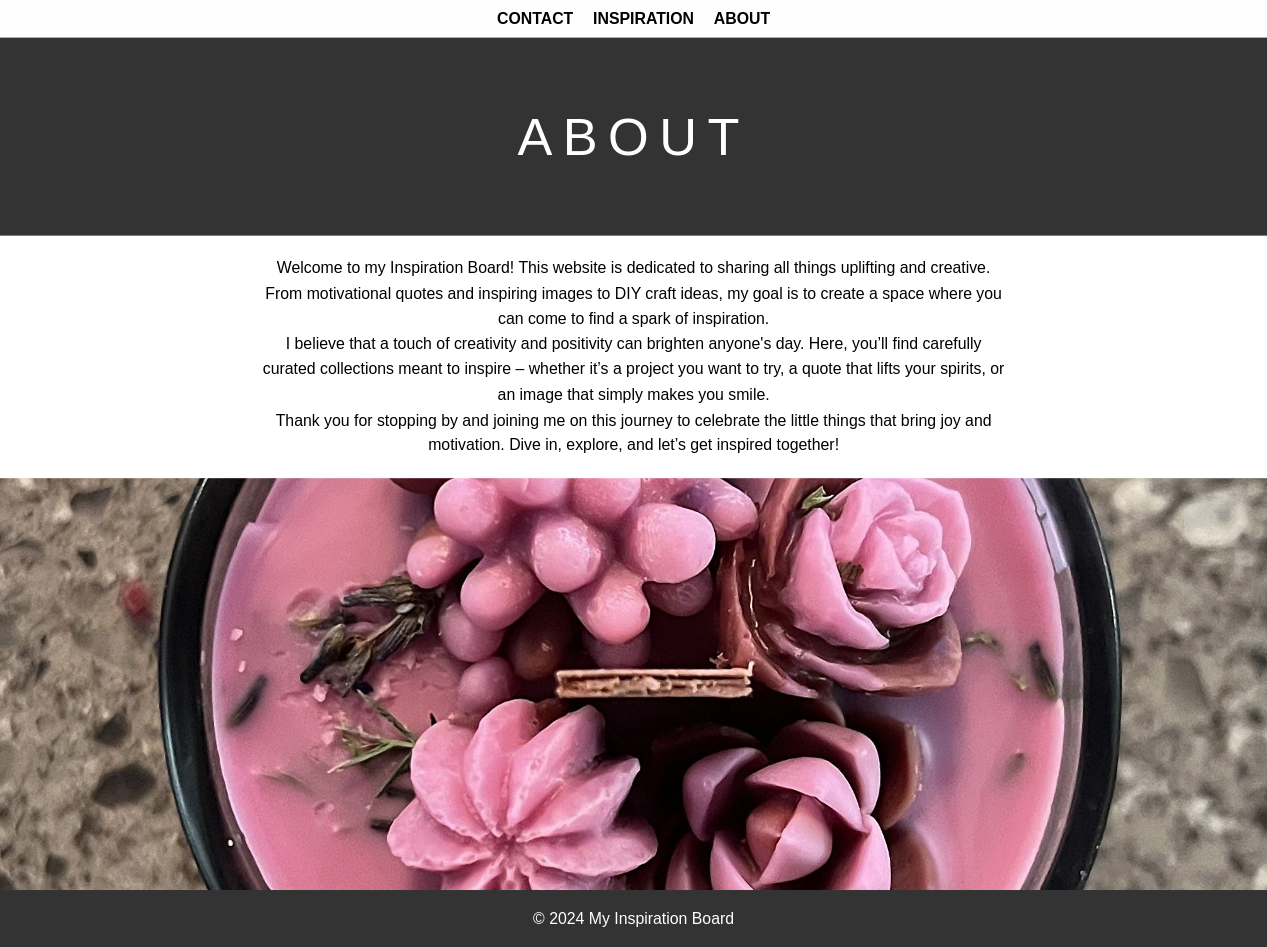
Repository: Brittany-Westlund/MART341-WebDesign
Page: WebDesignHomework/Assignment11/about.html
An editor plug-in stored every save of this project. The page is shown before and after the next save, followed by the edit.
The browser window is 1280 px wide. The pictures show the whole page, at 99% of full size.

Above is the page before, as saved 2024-11-03 20:17:45.

### WebDesignHomework/Assignment11/about.html
<!DOCTYPE html>
<html lang="en">
<head>
    <meta charset="UTF-8">
    <meta name="viewport" content="width=device-width, initial-scale=1.0">
    <title>My Inspiration Board</title>
    <link rel="stylesheet" href="style/style.css">
</head>
<body>

    <!-- Navigation -->
    <nav>
        <ul>
            <li><a href="contact.html">CONTACT</a></li>
            <li><a href="index.html">INSPIRATION</a></li>
            <li><a href="about.html">ABOUT</a></li>
        </ul>
    </nav>


    <div class="banner">ABOUT</div>

    <div class="about-section">
        <p>Welcome to my Inspiration Board! This website is dedicated to sharing all things uplifting and creative. From motivational quotes and inspiring images to DIY craft ideas, my goal is to create a space where you can come to find a spark of inspiration.</p>

        <p>I believe that a touch of creativity and positivity can brighten anyone's day. Here, you’ll find carefully curated collections meant to inspire – whether it’s a project you want to try, a quote that lifts your spirits, or an image that simply makes you smile.</p>

        <p>Thank you for stopping by and joining me on this journey to celebrate the little things that bring joy and motivation. Dive in, explore, and let’s get inspired together!</p>
    </div>

    <!-- Full-width image section -->
    <div>
        <img class="banner-image" src="images/succulent_candle_topview_banner.jpg">
    </div>

    <!--
    Full-width video section if needed
    <div>
        <video class="full-width-video" autoplay muted loop>
            <source src="" type="video/mp4">
            Your browser does not support the video tag.
        </video>
    </div>

     Full-width image section if needed
    <div>
        <img class="banner-image" src="">
    </div>
    -->

    <!-- Footer -->
    <footer>
        &copy; 2024 My Inspiration Board
    </footer>
</body>
</html>

### WebDesignHomework/Assignment11/style/style.css
/* Reset default styles */
* {
    margin: 0;
    padding: 0;
    box-sizing: border-box;
}

@font-face {
    font-family: 'Kitten';
    src: url('fonts/Kitten.ttf') format('truetype');
    font-weight: normal;
    font-style: normal;
}


body {
    font-family: Arial, sans-serif;
}

/* Navigation styling */
nav {
    background-color: #fefefe;
    padding: 10px;
    text-align: center;
}

nav ul {
    list-style-type: none;
    display: flex;
    justify-content: center;
    gap: 20px;
}

nav ul li a {
    color: #000;
    text-decoration: none;
    font-weight: bold;
    transition: color 0.3s ease, transform 0.3s ease; /* Smooth transition for hover effects */
}

/* Hover effect */
nav ul li a:hover {
    color: #a8858e; /* Change color on hover */
    text-decoration: underline; /* Add underline on hover */
}


/* Dark gray banner styling */
.banner {
    height: 200px;
    background-color: #333;
    color: white;
    display: flex;
    align-items: center;
    justify-content: center;
    font-size: 3.3em;
    text-align: center;
    letter-spacing: 0.2em;
}

/* Banner image styling */
.banner-image {
    width: 100%;
    height: auto;
    display: block;
}

/* Two-column block styling */
.two-column-block {
    display: flex;
}

.two-column-block div {
    flex: 1;
    padding: 90px;
    text-align: center;
}

.left-section {
    background-color: #d1c4c9;
}

.right-section {
    background-color: #f8f8f8;
}

.about-section {
    max-width: 800px; /* Limits the width for readability */
    margin: 0 auto; /* Centers the section horizontally */
    padding: 20px; /* Adds space inside the section */
    text-align: center; /* Centers the text */
    line-height: 1.6; /* Improves readability */
}

/* Styling for blockquote and author */
blockquote {
    font-size: 1.5em;
    font-style: italic;
    margin-bottom: 10px;
}

#quote-author {
    font-size: 1em;
    color: #555;
    margin-top: 5px;
}

/* Full-width video styling */
.full-width-video {
    width: 100%;
    height: 300px;
    object-fit: cover;
    display: block;
}

/* Footer styling */
footer {
    background-color: #333;
    color: white;
    text-align: center;
    padding: 20px;
}

After the next save:
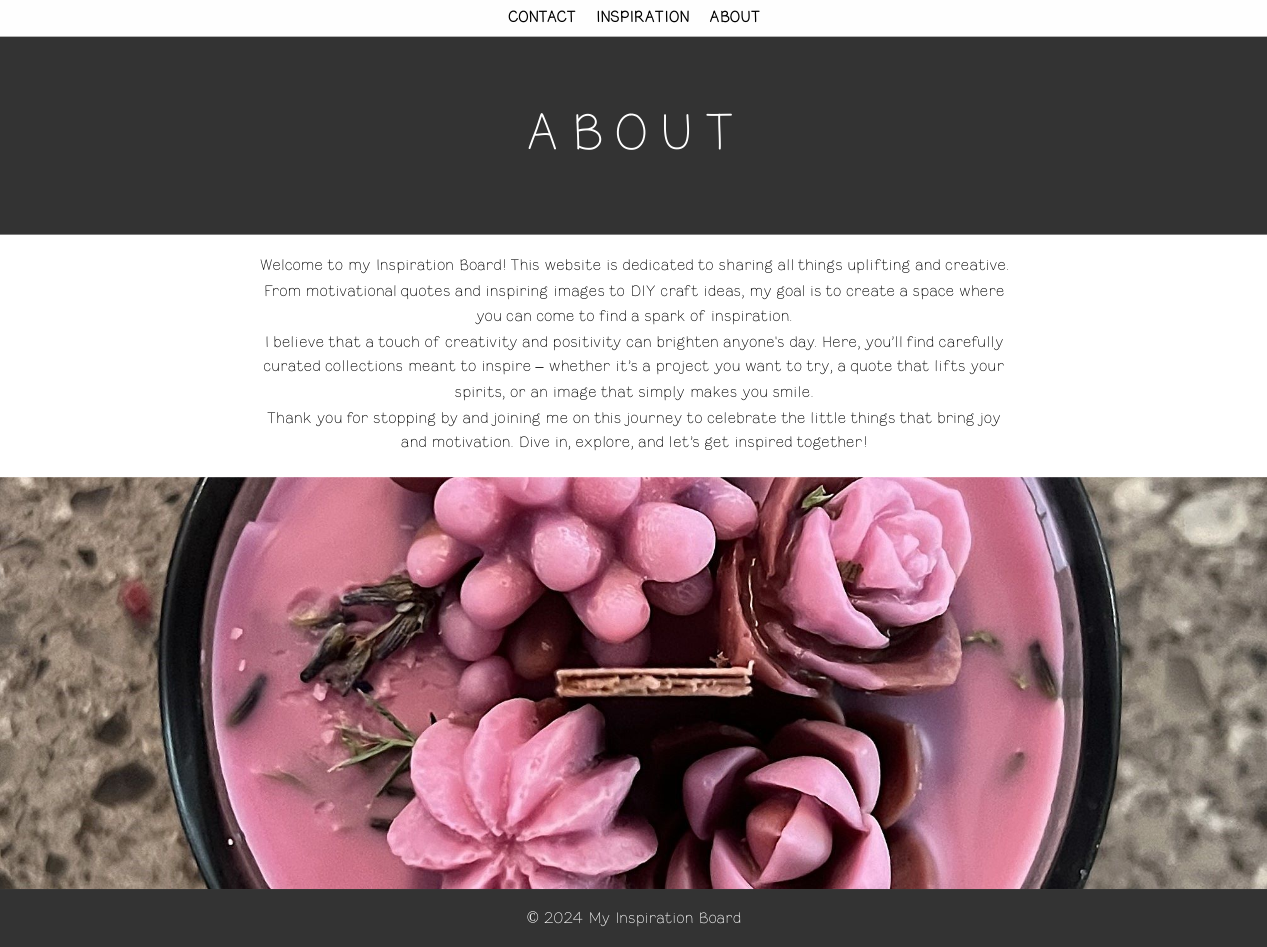
Saved 57 s later.
--- a/WebDesignHomework/Assignment11/style/style.css
+++ b/WebDesignHomework/Assignment11/style/style.css
@@ -14,7 +14,7 @@
 
 
 body {
-    font-family: Arial, sans-serif;
+    font-family: 'Kitten';
 }
 
 /* Navigation styling */
